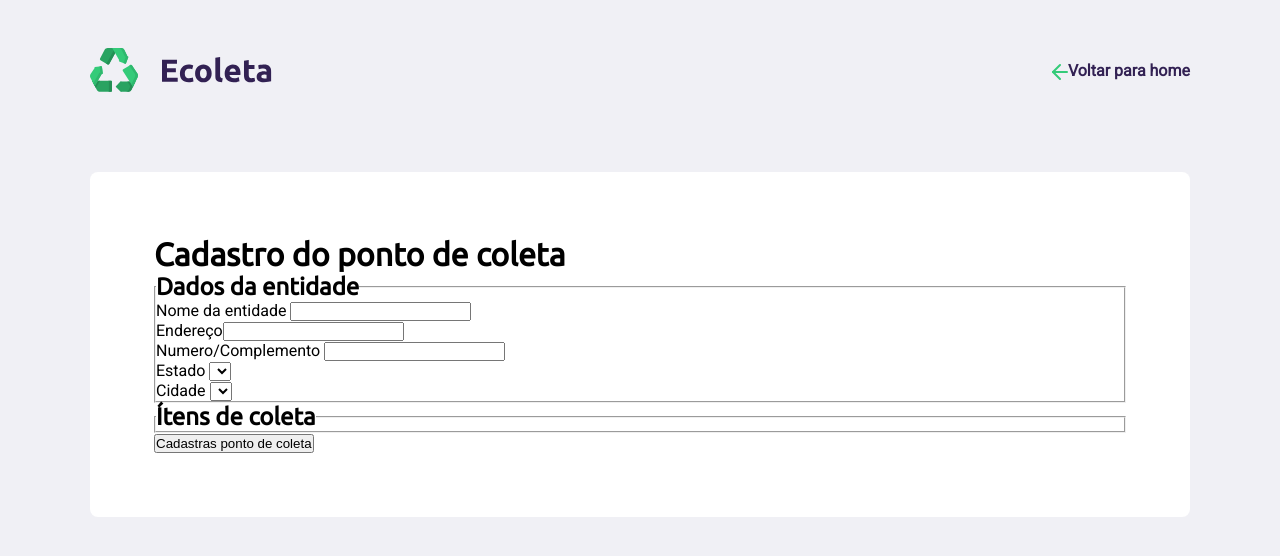
Repository: ivobass/NextLevelWeek
Page: create-point.html
These files come from the project's save history. The page is drawn as it stood at one moment and after the next save; the edit follows.
The browser window is 1280 px wide. The pictures show the whole page.

Above is the page before, as saved 2020-06-02 23:31:50.

After the next save:
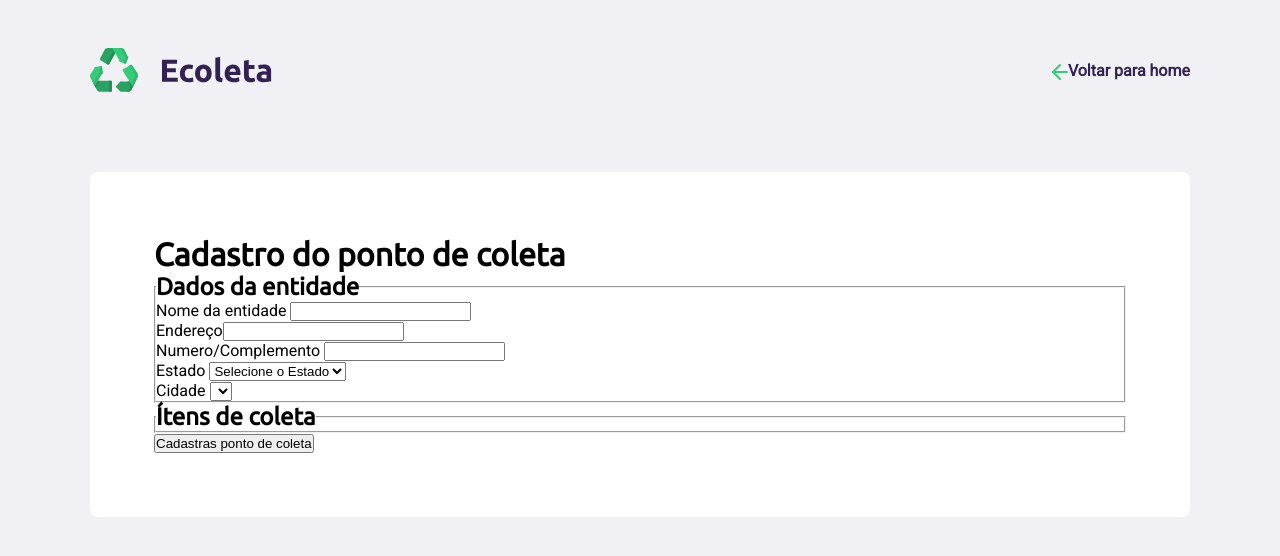
Saved 93 s later.
--- a/create-point.html
+++ b/create-point.html
@@ -53,7 +53,9 @@
                 <div class="field-group">
                     <div class="field">
                         <label for="state">Estado </label>
-                        <select name="uf"></select>
+                        <select name="uf">
+                            <option value="">Selecione o Estado</option>
+                        </select>
                     </div>
                     <div class="field">
                         <label for="city">Cidade</label>
